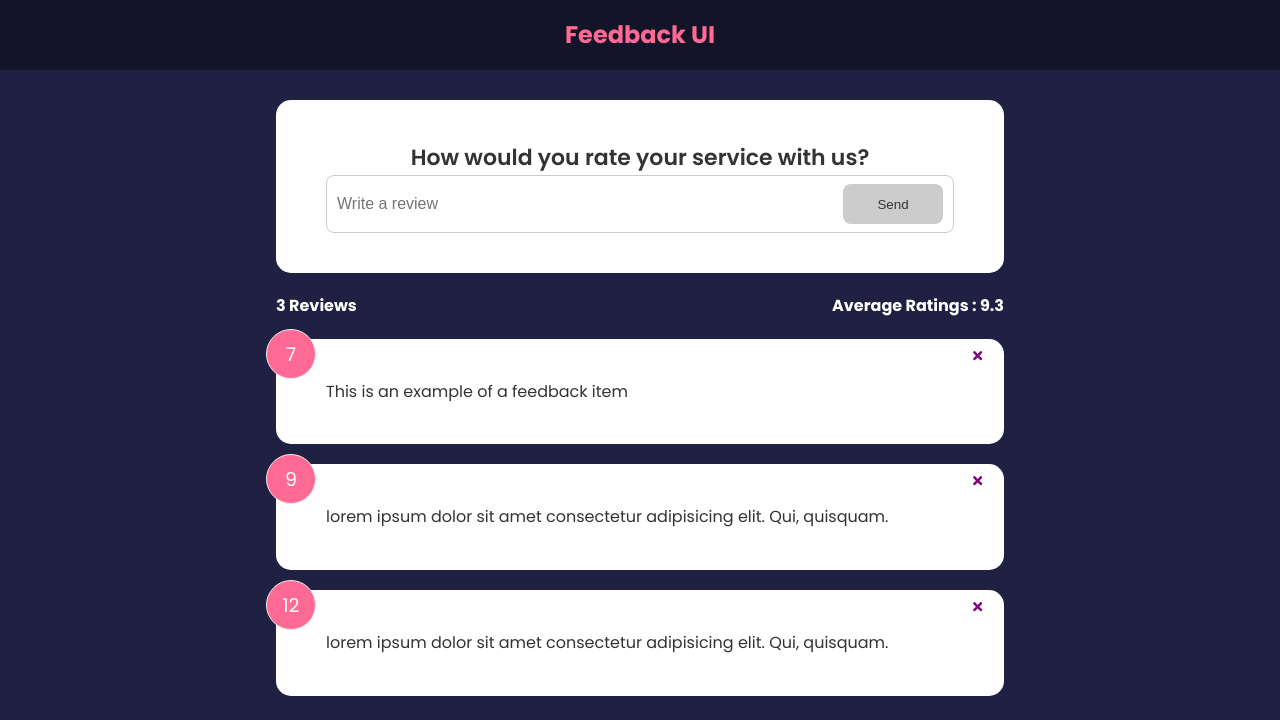
Repository: bayorwor/feedbackapp
Page: /
An editor plug-in stored every save of this project. The page is shown before and after the next save, followed by the edit.
The browser window is 1280 px wide. The pictures show the whole page.
The project was rebuilt for these pictures with package versions that can differ from the ones it lists, and the page was loaded fresh each time.

Above is the page before, as saved 2022-01-30 19:48:04.

### public/index.html
<!DOCTYPE html>
<html lang="en">
  <head>
    <meta charset="utf-8" />
    <link rel="icon" href="%PUBLIC_URL%/favicon.ico" />
    <meta name="viewport" content="width=device-width, initial-scale=1" />
    <meta name="theme-color" content="#000000" />
    <meta
      name="description"
      content="Web site created using create-react-app"
    />
    <link rel="apple-touch-icon" href="%PUBLIC_URL%/logo192.png" />
    <link rel="manifest" href="%PUBLIC_URL%/manifest.json" />
    <title>feedback app</title>
  </head>
  <body>
    <noscript>You need to enable JavaScript to run this app.</noscript>
    <div id="root"></div>
  </body>
</html>

### src/App.js
import { useState } from "react";
import Header from "./components/Header";
import feedbackData from "./data/feedBacks";
import FeedbackList from "./components/FeedbackList";
import FeedbackStats from "./components/FeedbackStats";
import FeedbackForm from "./components/FeedbackForm";

const App = () => {
  const [feedback, setFeedback] = useState(feedbackData);

  const deleteFeedback = (id) => {
    if (window.confirm("Are you sure you want to delete this feedback?")) {
      setFeedback(feedback.filter((feedback) => feedback.id !== id));
    }
  };

  return (
    <>
      <Header />
      <div className="container">
        <FeedbackForm />
        <FeedbackStats feedback={feedback} />
        <FeedbackList feedback={feedback} deleteFeedback={deleteFeedback} />
      </div>
    </>
  );
};

export default App;

### src/components/Header.jsx
import React from "react";
import PropTypes from "prop-types";

const Header = ({ text, bgColor, textColor }) => {
  const headerStyle = {
    backgroundColor: bgColor,
    color: textColor,
  };

  return (
    <header style={headerStyle}>
      <div className="container">
        <h2>{text}</h2>
      </div>
    </header>
  );
};

Header.defaultProps = {
  text: "Feedback UI",
  bgColor: "rgba(0, 0, 0, 0.4)",
  textColor: "#ff6a95",
};

Header.propTypes = {
  text: PropTypes.string,
  bgColor: PropTypes.string,
  textColor: PropTypes.string,
};

export default Header;

### src/data/feedBacks.js
const feedbackData = [
  {
    rating: 7,
    text: "This is an example of a feedback item",
    id: 1,
  },
  {
    rating: 9,
    text: "lorem  ipsum dolor sit  amet consectetur adipisicing elit. Qui, quisquam.",
    id: 2,
  },
  {
    rating: 12,
    text: "lorem  ipsum dolor sit  amet consectetur adipisicing elit. Qui, quisquam.",
    id: 3,
  },
];

export default feedbackData;

### src/components/FeedbackList.jsx
import PropTypes from "prop-types";
import FeedbaackItem from "./FeedbaackItem";

function FeedbackList({ feedback, deleteFeedback }) {
  if (!feedback || feedback.length === 0) {
    return <p>There are no feedbacks to display</p>;
  }

  return (
    <div className="feedback-list">
      {feedback.map((feedback) => (
        <FeedbaackItem
          key={feedback.id}
          feedback={feedback}
          deleteFeedback={deleteFeedback}
        />
      ))}
    </div>
  );
}

FeedbackList.propTypes = {
  feedback: PropTypes.arrayOf(
    PropTypes.shape({
      id: PropTypes.number.isRequired,
      text: PropTypes.string.isRequired,
      rating: PropTypes.number.isRequired,
    }).isRequired
  ).isRequired,
};

export default FeedbackList;

### src/components/FeedbackStats.jsx
import PropTypes from "prop-types";

function FeedbackStats({ feedback }) {
  let average =
    feedback.reduce((total, feedback) => total + feedback.rating, 0) /
    feedback.length;

  average = average.toFixed(1);

  return (
    <div className="feedback-stats">
      <h4>{feedback.length} Reviews</h4>
      <h4>Average Ratings : {isNaN(average) ? 0 : average}</h4>
    </div>
  );
}

FeedbackStats.propTypes = {
  feedback: PropTypes.array.isRequired,
};

export default FeedbackStats;

### src/components/FeedbackForm.jsx
import { useState } from "react";
import Card from "./shared/Card";
import Button from "./shared/Button";

function FeedbackForm() {
  const [text, setText] = useState("");
  const [btnDisabled, setBtnDisabled] = useState(true);
  const [message, setMessage] = useState("");

  const handleChange = (event) => {
    if (text === "") {
      setBtnDisabled(true);
      setMessage(null);
    } else if (text !== "" && text.trim().length <= 10) {
      setBtnDisabled(true);
      setMessage("Please enter at least 10 characters");
    } else {
      setBtnDisabled(false);
      setMessage(null);
    }

    setText(event.target.value);
  };

  return (
    <Card>
      <form>
        <h2>How would you rate your service with us?</h2>
        <div className="input-group">
          <input
            onChange={handleChange}
            value={text}
            type="text"
            placeholder="Write a review"
          />
          <Button type="submit" isDisabled={btnDisabled}>
            Send
          </Button>
        </div>
        {message && <div className="message">{message}</div>}
      </form>
    </Card>
  );
}

export default FeedbackForm;

### src/components/FeedbaackItem.jsx
import { FaTimes } from "react-icons/fa";
import PropTypes from "prop-types";
import Card from "./shared/Card";

function FeedbaackItem({ feedback, deleteFeedback }) {
  return (
    <Card>
      <div className="num-display">{feedback.rating}</div>
      <button onClick={() => deleteFeedback(feedback.id)} className="close">
        <FaTimes color="purple" />
      </button>
      <div className="text-display">{feedback.text}</div>
    </Card>
  );
}

FeedbaackItem.propTypes = {
  feedback: PropTypes.shape({
    id: PropTypes.number.isRequired,
    text: PropTypes.string.isRequired,
    rating: PropTypes.number.isRequired,
  }).isRequired,
};

export default FeedbaackItem;

### src/components/shared/Card.jsx
import React from "react";
import PropTypes from "prop-types";

function Card({ children, reverse }) {
  return <div className={`card ${reverse && "reverse"}`}>{children}</div>;
}

Card.defaultProps = {
  reverse: false,
};

Card.propTypes = {
  children: PropTypes.node.isRequired,
  reverse: PropTypes.bool,
};

export default Card;

### src/components/shared/Button.js
import PropTypes from "prop-types";

function Button({ children, version, type, isDisabled }) {
  return (
    <button type={type} disabled={isDisabled} className={`btn btn-${version}`}>
      {children}
    </button>
  );
}

Button.defaultProps = {
  version: "primary",
  type: "button",
  isDisabled: false,
};

Button.prototype = {
  children: PropTypes.node.isRequired,
  version: PropTypes.string,
  type: PropTypes.string,
  isDisabled: PropTypes.bool,
};

export default Button;

### src/components/RatingSelect.jsx
import React from "react";

function RatingSelect() {
  return <div>raating</div>;
}

export default RatingSelect;

Loaded but not shown: src/index.js (common file); src/index.css (common file)

After the next save:
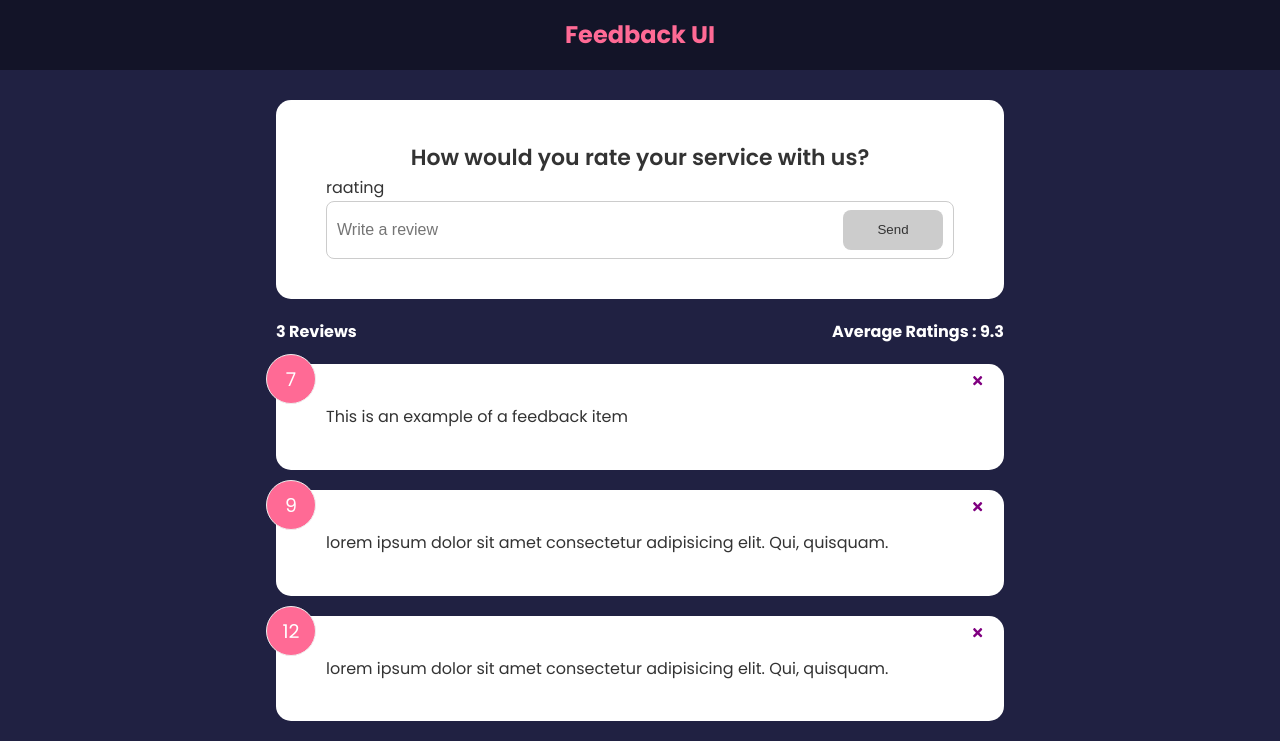
Saved 23 s later.
--- a/src/components/FeedbackForm.jsx
+++ b/src/components/FeedbackForm.jsx
@@ -1,9 +1,11 @@
 import { useState } from "react";
 import Card from "./shared/Card";
 import Button from "./shared/Button";
+import RatingSelect from "./RatingSelect";
 
 function FeedbackForm() {
   const [text, setText] = useState("");
+  const [rating, setRating] = useState(10);
   const [btnDisabled, setBtnDisabled] = useState(true);
   const [message, setMessage] = useState("");
 
@@ -18,7 +20,6 @@ function FeedbackForm() {
       setBtnDisabled(false);
       setMessage(null);
     }
-
     setText(event.target.value);
   };
 
@@ -26,6 +27,7 @@ function FeedbackForm() {
     <Card>
       <form>
         <h2>How would you rate your service with us?</h2>
+        <RatingSelect />
         <div className="input-group">
           <input
             onChange={handleChange}
